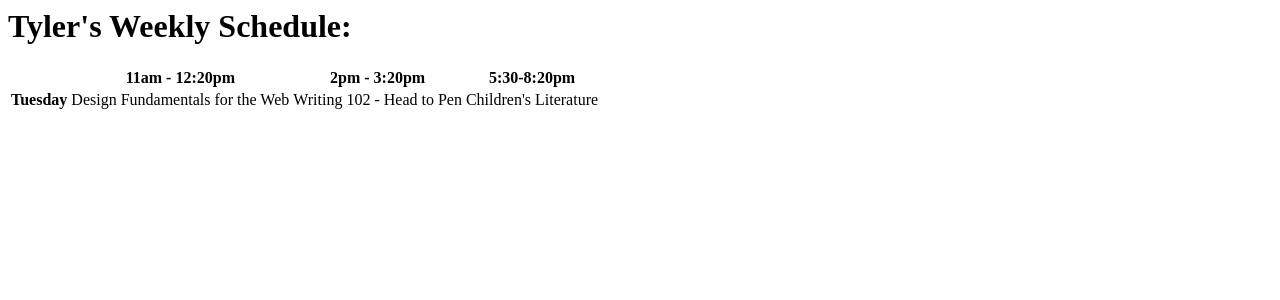
Repository: getzt1/web-design-class
Page: web pages/personal-site/index.html
The author's editor kept a record of every edit. The page is drawn from the files as they stood at one moment, then again after the next edit.
The browser window is 1280 px wide. The pictures show the whole page.

Above is the page before.

After the next edit:
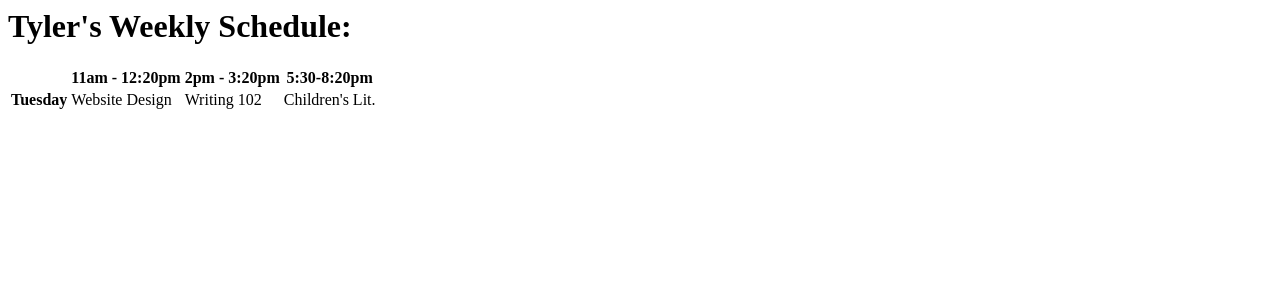
The edit:
--- a/web pages/personal-site/index.html
+++ b/web pages/personal-site/index.html
@@ -15,9 +15,9 @@
 
          <tr>
             <th>Tuesday</th>
-            <td>Design Fundamentals for the Web</td>
-            <td>Writing 102 - Head to Pen</td>
-            <td>Children's Literature</td>
+            <td>Website Design</td>
+            <td>Writing 102</td>
+            <td>Children's Lit.</td>
             </tr>
     </table>
 
